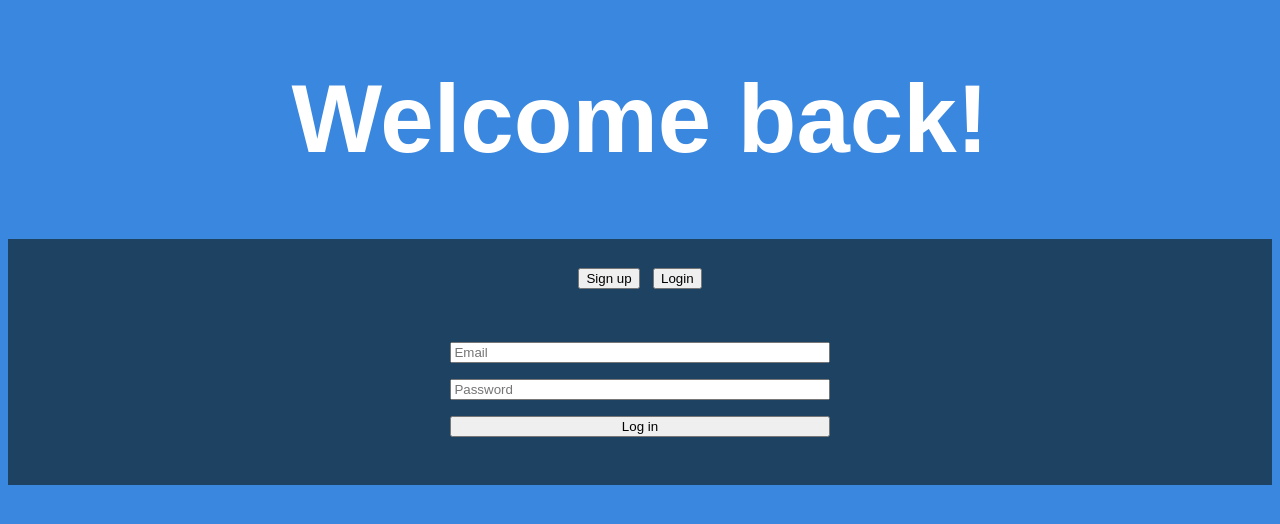
Repository: NicolasssCarlos/basic-flask-login
Page: http://localhost/
These files come from the project's save history. The page is drawn as it stood at one moment and after the next save; the edit follows.
The browser window is 1280 px wide. The pictures show the whole page.
The page is served by the project's application, run on Flask 3 (app.py).

Above is the page before, as saved 2025-06-11 20:28:25.

### templates/index.html
<!DOCTYPE html>
<html lang="en">
<head>
    <meta charset="UTF-8">
    <meta name="viewport" content="width=device-width, initial-scale=1.0">


    <link rel="stylesheet" href="{{url_for('static', filename='main.css')}}">
    <title>Document</title>
</head>
<body class="login">


    <div class="container">


        <h1>Welcome back!</h1>


        <div class="log-in">


            <form method="post">


                <div class="buttons">


                    <button type="button" onclick="window.location.href='/signup'">Sign up</button>


                    <button type="button" onclick="window.location.href='/'">Login</button>



                </div>


                <div class="inputs">


                    <input type="email" name="email" placeholder="Email">


                    <input type="password" name="password" placeholder="Password">


                    <button type="submit">Log in</button>



                </div>



            </form>



        </div>


        {% if welcome %}


            {{ welcome }}


        {% elif error %}


            {{ error }}


        {% endif %}



    </div>



</body>
</html>

### app.py
from flask import Flask, render_template, request
import sqlite3



app = Flask(__name__)



connection = sqlite3.connect("users_log.db", check_same_thread=False)
cursor = connection.cursor()



cursor.execute("""
    CREATE TABLE IF NOT EXISTS users_log (
        id INTEGER PRIMARY KEY AUTOINCREMENT,
        name TEXT,
        username TEXT,
        email TEXT,
        password TEXT
    )
""")

@app.route("/", methods=["POST", "GET"])
def home():
    welcome = error = ""

    if request.method == "POST":
        email = request.form.get("email")
        password = request.form.get("password")

        cursor.execute("SELECT * FROM users_log WHERE email = ?", (email,))
        user_found = cursor.fetchone()

        if user_found:
            if user_found[4] == password:
                welcome = f"Welcome, {user_found[1]}"
            else:
                error = "Login failed. Incorrect email or password"

    return render_template("index.html", welcome=welcome, error=error)

@app.route("/signup", methods=["POST", "GET"])
def signup():
    errors = []
    welcome = ""

    if request.method == "POST":
        name = request.form.get("name")
        username = request.form.get("username")
        email = request.form.get("email")
        password = request.form.get("password")

        if name and username and email and password:
            cursor.execute("SELECT * FROM users_log WHERE email = ?", (email,))
            if cursor.fetchone():
                errors.append("Email is already in use")

            cursor.execute("SELECT * FROM users_log WHERE username = ?", (username,))
            if cursor.fetchone():
                errors.append("Username is already in use")

            if not errors:
                cursor.execute(
                    "INSERT INTO users_log (name, username, email, password) VALUES (?, ?, ?, ?)",
                    (name, username, email, password)
                )

                cursor.execute("SELECT * FROM users_log WHERE username = ?", (username,))
                user = cursor.fetchone()
                user_name = user[1]
                welcome = f"Welcome, {user_name}"

    return render_template("login.html", errors=errors, welcome=welcome)

if __name__ == "__main__":
    app.run(debug=True)

### static/main.css
.login {

    font-family: Arial, Helvetica, sans-serif;


    font-size: 3rem;


    background-color: #3a87df;


    color: #fff;


    margin-bottom: 0;



}


.login h1 {


    align-items: center;


    justify-content: center;


    text-align: center;



}


.login .container .log-in {


    align-items: center;


    justify-content: center;


    text-align: center;


    background-color: #1e4262;


    color: #fff;



}


.inputs {





    display: flex;


    flex-direction: column;


    gap: 1rem;


    width: 30%;


    margin: 0 auto;


    padding: 3rem;
}

After the next save:
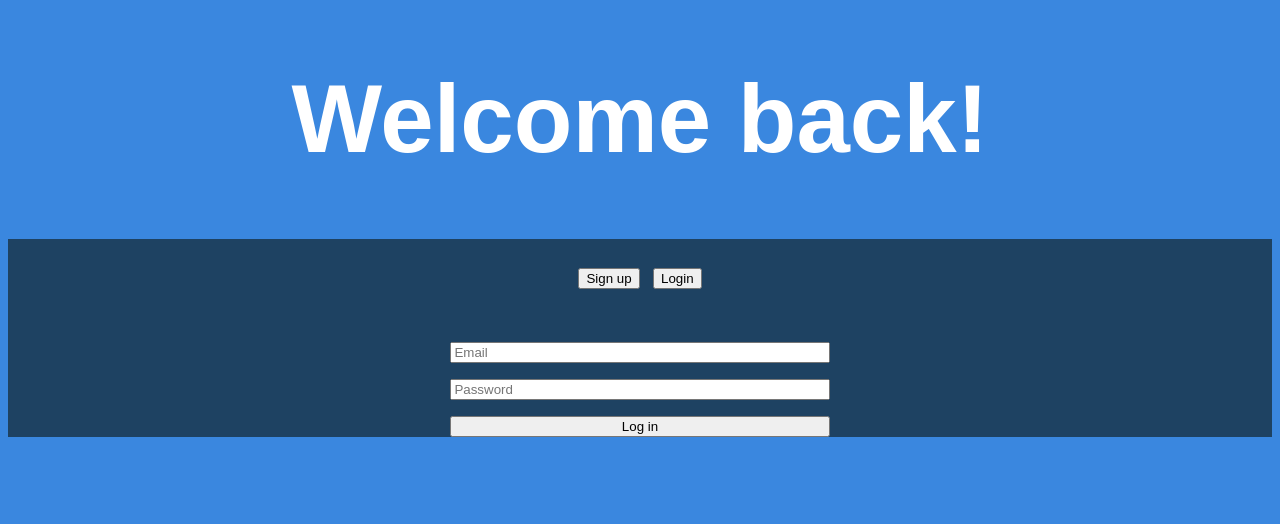
Saved 7 s later.
--- a/static/main.css
+++ b/static/main.css
@@ -78,5 +78,5 @@
     margin: 0 auto;
 
 
-    padding: 3rem;
+    padding-top: 3rem;
 }
